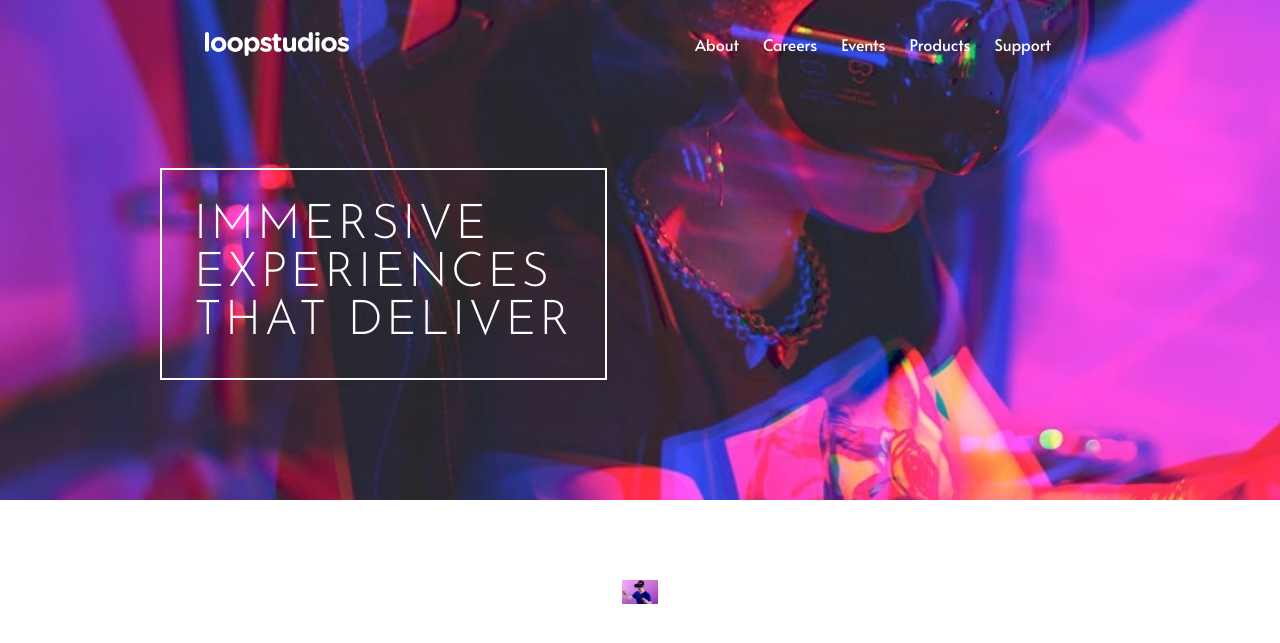
Repository: gligor99/loopstudios-fm
Page: /
An editor plug-in stored every save of this project. The page is shown before and after a run of saves, followed by the edit.
The browser window is 1280 px wide. The pictures show the whole page.
The project was rebuilt for these pictures with package versions that can differ from the ones it lists, and the page was loaded fresh each time.

Above is the page before, as saved 2021-11-28 15:34:38.

### src/index.css
@import url('https://fonts.googleapis.com/css2?family=Alata&family=Josefin+Sans:wght@300&display=swap');

:root {
  --clr-white: hsl(0, 0%, 100%);
  --clr-black: hsl(0, 0%, 0%);
  --clr-dark-gray: hsl(0, 0%, 55%);
  --clr-very-dark-gray: hsl(0, 0%, 41%)
}

*,
::after,
::before {
  margin: 0;
  padding: 0;
  box-sizing: border-box;
}

body {
  font-family: "Alata", sans-serif;
  background: var(--clr-light-grayish-cyan);
  color: var(--clr-grey-1);
  font-size: 1rem;
}

### src/App.jsx
import About from "./components/About/About";
import Hero from "./components/Hero/Hero";


function App() {
  return (
    <div className="App">
      <Hero />
      <About />
    </div>
  );
}

export default App;

### src/components/About/About.jsx
import './about.css'
import image from '../../assets/desktop/image-interactive.jpg'

const About = () => {
  return <div className="about-container">
      <img className="image-interactive" src={image} alt="interactive.jpg" />
  </div>;
};

export default About;

### src/components/Hero/Hero.jsx
import React from "react";
import Navbar from "../Navbar/Navbar";
import "./hero.css";

const Hero = () => {
  return (
    <div className="container">
      <Navbar />
      <div className="container-content">
        <h1 className="title">
          Immersive <br /> experiences <br />
          that deliver
        </h1>
      </div>
    </div>
  );
};

export default Hero;

### src/components/About/about.css
.about-container {
    display: flex;
    justify-content: center;
    margin: auto;
    padding: 5rem;
}

.image-interactive{
    height: 12;
}

### src/components/Navbar/Navbar.jsx
import logo from "../../assets/logo.svg";
import "./navbar.css";

const Navbar = () => {
  return (
    <div className="wrapper">
      <img src={logo} alt="logo.svg" />
      <ul>
        <li>
          <a href="/about">About</a>
        </li>
        <li>
          <a href="/careers">Careers</a>
        </li>
        <li>
          <a href="/events">Events</a>
        </li>
        <li>
          <a href="/products">Products</a>
        </li>
        <li>
          <a href="/support">Support</a>
        </li>
      </ul>
    </div>
  );
};

export default Navbar;

### src/components/Hero/hero.css
.container {
    background: url('../../assets/desktop/image-hero.jpg');
    background-repeat: no-repeat;
    background-attachment: fixed;
    background-size: cover;
    height: 500px;
}
.container-content {
    display: flex;
    margin-top: 5rem;
    margin-left: 10rem;
}

.title {
    border: 2px solid var(--clr-white);
    padding: 2rem;
    text-transform: uppercase;
    font-family: 'Josefin Sans' , sans-serif;
    font-size: 3rem;
    font-weight: 100;
    letter-spacing: 0.2rem;
    color: white;
}

### src/components/Navbar/navbar.css
.wrapper {
  display: flex;
  flex-direction: row;
  justify-content: space-around;
  align-items: center;
  margin: auto;
  padding: 2rem;
  background-color: transparent;
}
img {
  height: 1.5rem;
}
ul {
  display: flex;
  flex-wrap: nowrap;
  justify-content: space-evenly;
}
li {
  list-style-type: none;
  padding-right: 1.5rem;
}
a {
  position: relative;
  display: inline-block;
  text-decoration: none;
  color: var(--clr-white);
}
a:after {
  content: "";
  position: absolute;
  left: 0;
  top: 100%;
  width: 0;
  height: 1.8px;
  background-color: var(--clr-white);
  transition: width 0.2s ease-in-out;
}
a:hover:after {
  width: 100%;
}

Loaded but not shown: public/index.html (common file); src/index.jsx (common file)

After the next 2 saves:
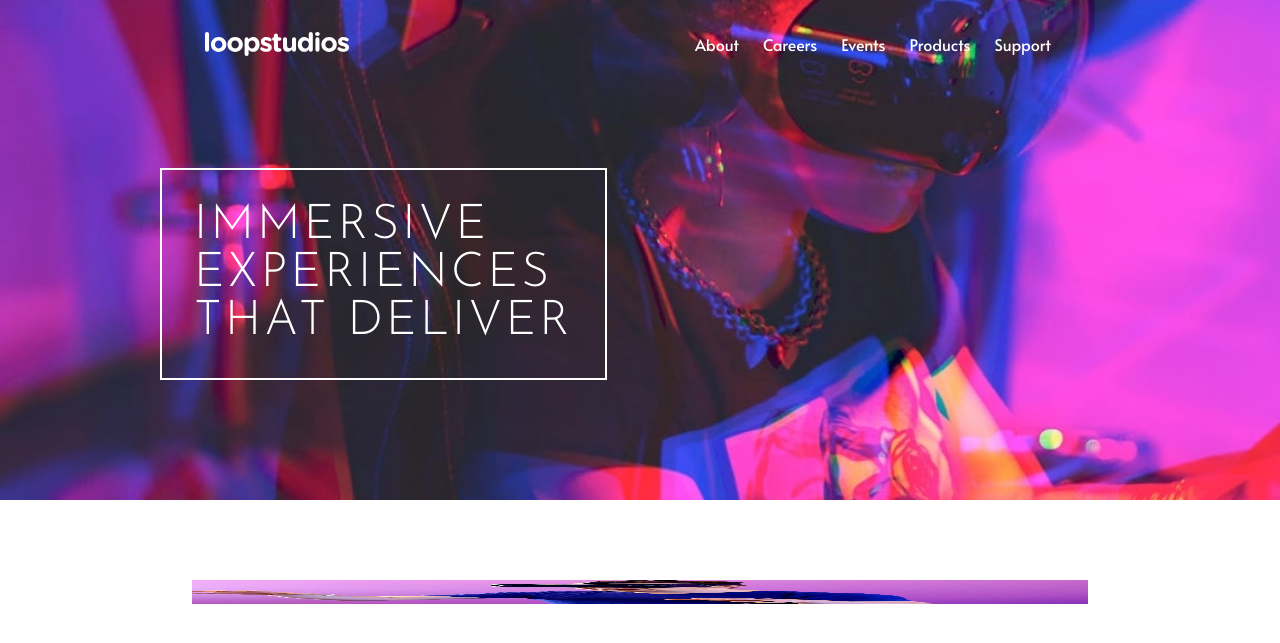
The 2 saves are shown as one change because they came seconds apart.
The last was saved 11 s later.
--- a/src/components/About/about.css
+++ b/src/components/About/about.css
@@ -6,5 +6,5 @@
 }
 
 .image-interactive{
-    height: 12;
+    width: 80%;
 }

After the save that followed:
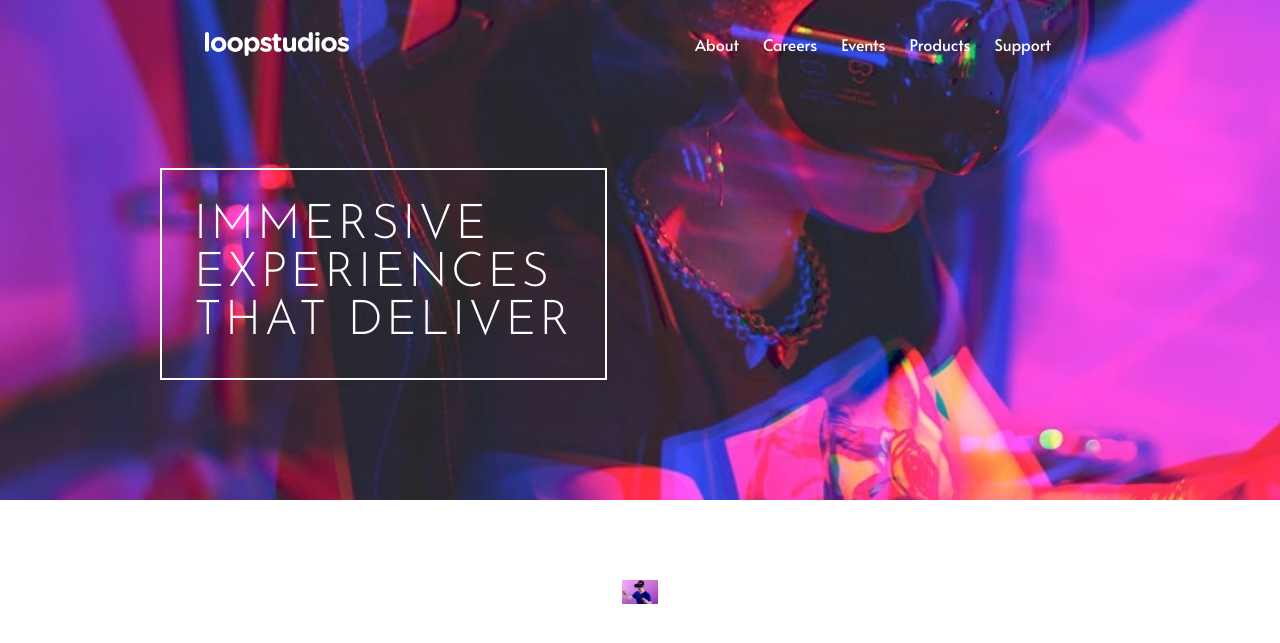
Saved 6 s later.
--- a/src/components/About/about.css
+++ b/src/components/About/about.css
@@ -6,5 +6,5 @@
 }
 
 .image-interactive{
-    width: 80%;
+    height: ;: 80%;
 }
